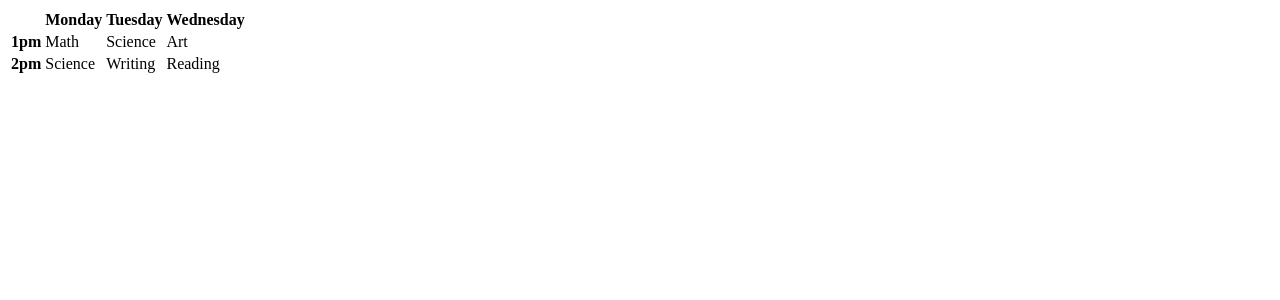
Repository: jefflai0412/website_design
Page: task1.html
These files come from the project's save history. The page is drawn as it stood at one moment and after the next save; the edit follows.
The browser window is 1280 px wide. The pictures show the whole page.

Above is the page before, as saved 2024-10-18 13:35:45.

### task1.html
<!DOCTYPE html>
<html lang="en">
<head>
    <meta charset="UTF-8">
    <meta name="viewport" content="width=device-width, initial-scale=1.0">
    <title>Document</title>
</head>
<body>
    <table>
        <tr>
            <th></th>
            <th>Monday</th>
            <th>Tuesday</th>
            <th>Wednesday</th>
        </tr>

        <tr>
            <th scope="row">1pm</th>
            <td>Math</td>
            <td>Science</td>
            <td>Art</td>
        </tr>

        <tr>
            <th scope="row">2pm</th>
            <td>Science</td>
            <td>Writing</td>
            <td>Reading</td>
        </tr>
    </table>

    <table>
        <tr>
            <th
        </tr>
    </table>
</body>
</html>

After the next save:
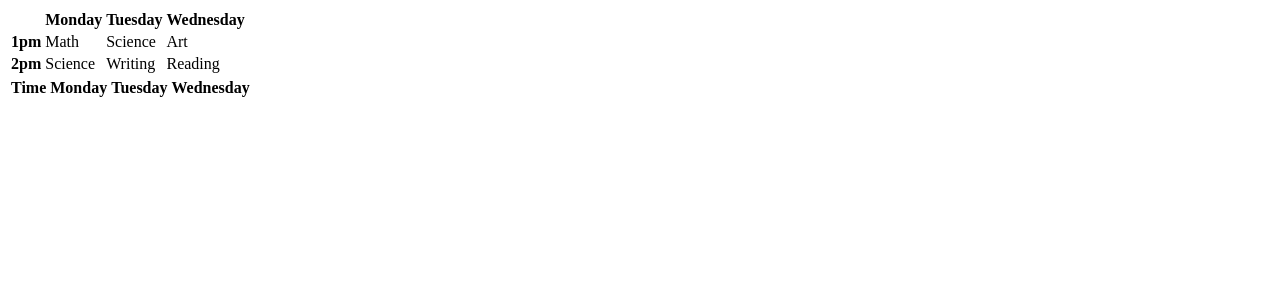
Saved 19 s later.
--- a/task1.html
+++ b/task1.html
@@ -31,7 +31,10 @@
 
     <table>
         <tr>
-            <th
+            <th>Time</th>
+            <th>Monday</th>
+            <th>Tuesday</th>
+            <th>Wednesday</th>
         </tr>
     </table>
 </body>
